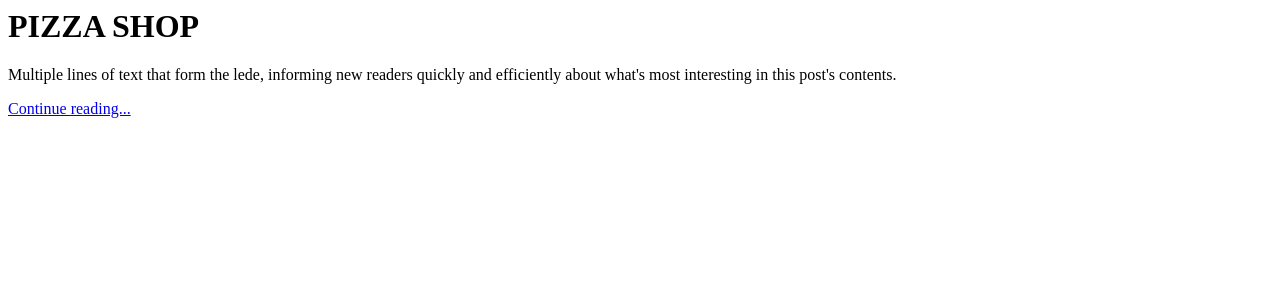
Repository: tanviredu/Data
Page: 27_django_forms/DJANGO_FORMS/FORMS_PROJECT/templates/title.html
These files come from the project's save history. The page is drawn as it stood at one moment and after the next save; the edit follows.
The browser window is 1280 px wide. The pictures show the whole page.

Above is the page before, as saved 2020-07-11 21:46:38.

### 27_django_forms/DJANGO_FORMS/FORMS_PROJECT/templates/title.html
<div class="jumbotron p-3 p-md-5 text-white rounded bg-dark">
  <div class="col-md-6 px-0">
    <h1 class="display-4 font-italic">PIZZA SHOP</h1>
    <p class="lead my-3">
      Multiple lines of text that form the lede, informing new readers quickly
      and efficiently about what's most interesting in this post's contents.
    </p>
    <p class="lead mb-0">
      <a href="#" class="text-white font-weight-bold">Continue reading...</a>
    </p>
  </div>
</div>

After the next save:
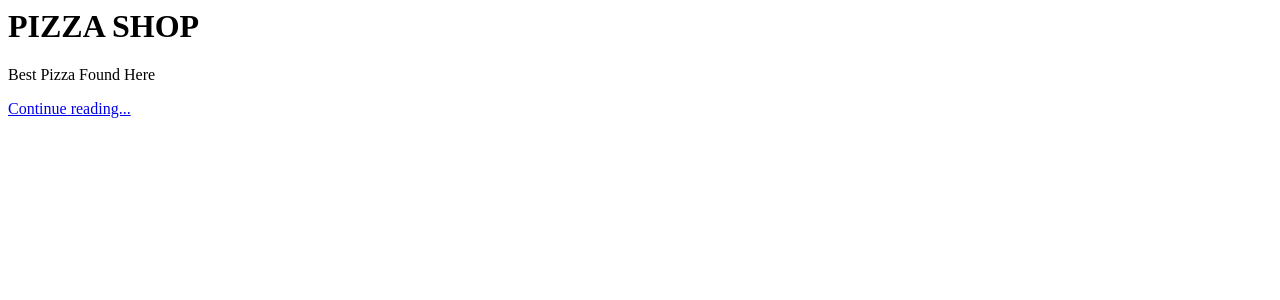
Saved 12 s later.
--- a/27_django_forms/DJANGO_FORMS/FORMS_PROJECT/templates/title.html
+++ b/27_django_forms/DJANGO_FORMS/FORMS_PROJECT/templates/title.html
@@ -2,8 +2,7 @@
   <div class="col-md-6 px-0">
     <h1 class="display-4 font-italic">PIZZA SHOP</h1>
     <p class="lead my-3">
-      Multiple lines of text that form the lede, informing new readers quickly
-      and efficiently about what's most interesting in this post's contents.
+      Best Pizza Found Here
     </p>
     <p class="lead mb-0">
       <a href="#" class="text-white font-weight-bold">Continue reading...</a>
